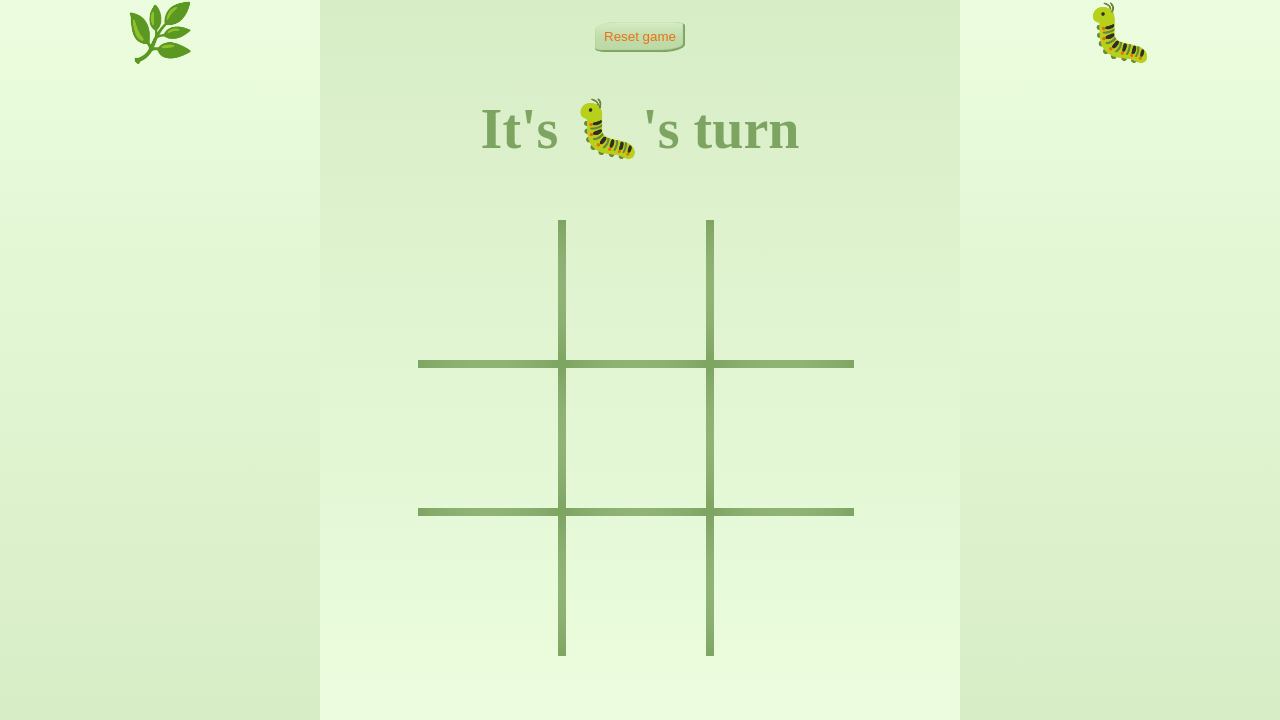
Repository: AsherSpurr/tic-tac-toe
Page: index.html
These files come from the project's save history. The page is drawn as it stood at one moment and after the next save; the edit follows.
The browser window is 1280 px wide. The pictures show the whole page.
Some web fonts or font styles are not loaded; a fallback is used.

Above is the page before, as saved 2024-01-13 18:35:04.
Console error: TypeError: Cannot read properties of undefined (reading 'wins')

After the next save:
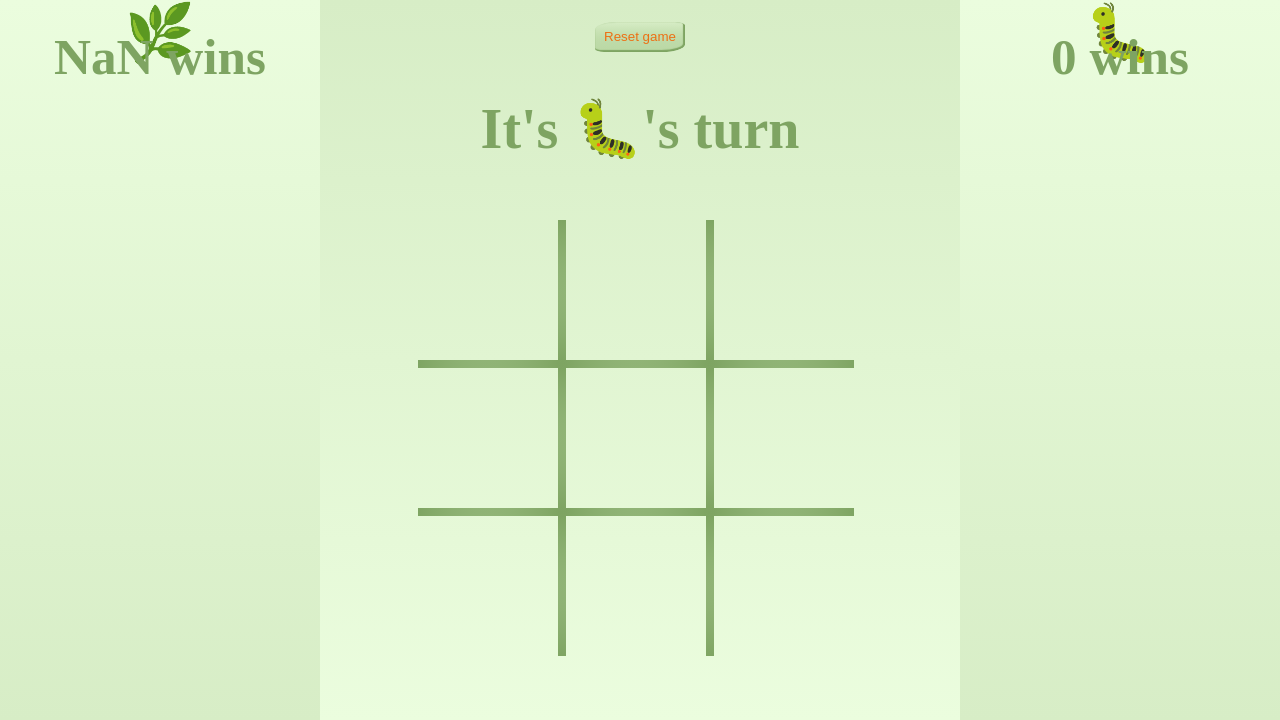
The error is gone.
Saved 24 s later.
--- a/main.js
+++ b/main.js
@@ -172,7 +172,7 @@
 
 function renderWins(player) {
     if (player.name === 'player1') {
-        winsPlayer1.innerText = `${player[0].wins} wins`
+        winsPlayer1.innerText = `${players[0].wins} wins`
     }
     else {
         winsPlayer2.innerText = `${players[1].wins} wins`
